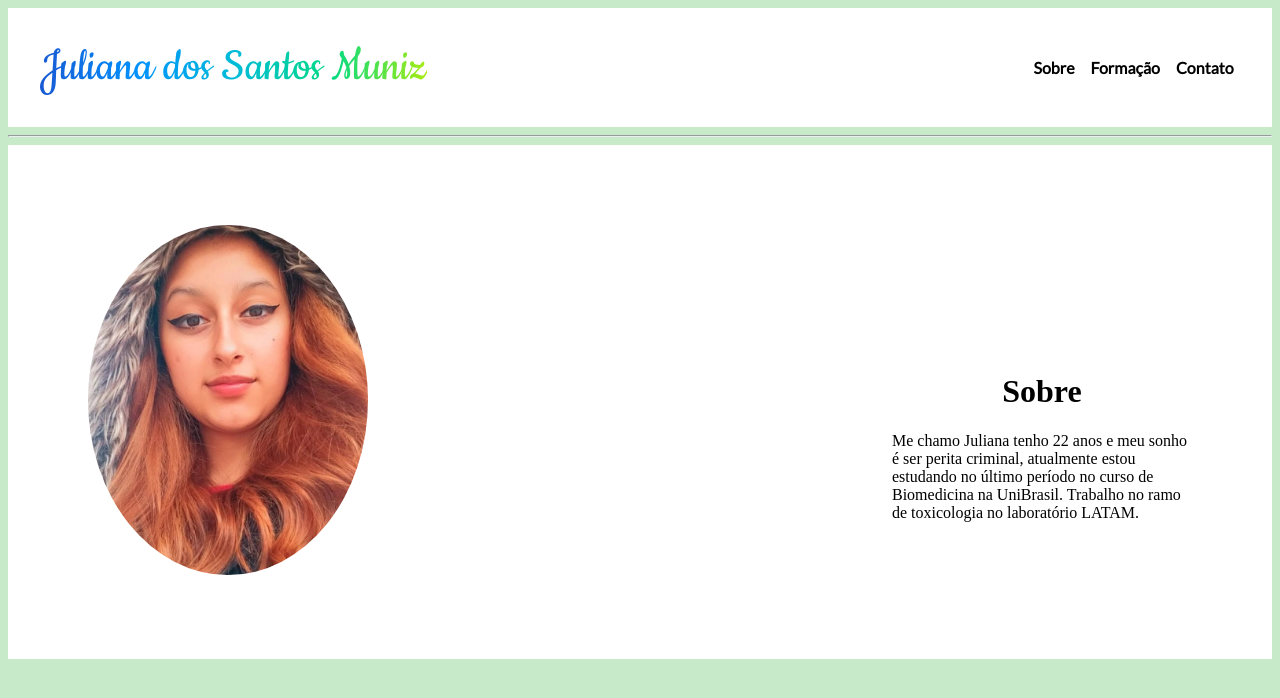
Repository: joaovnogueira/Portfolio-Juliana
Page: index.html
An editor plug-in stored every save of this project. The page is shown before and after the next save, followed by the edit.
The browser window is 1280 px wide. The pictures show the whole page.

Above is the page before, as saved 2022-06-14 16:02:42.

After the next save:
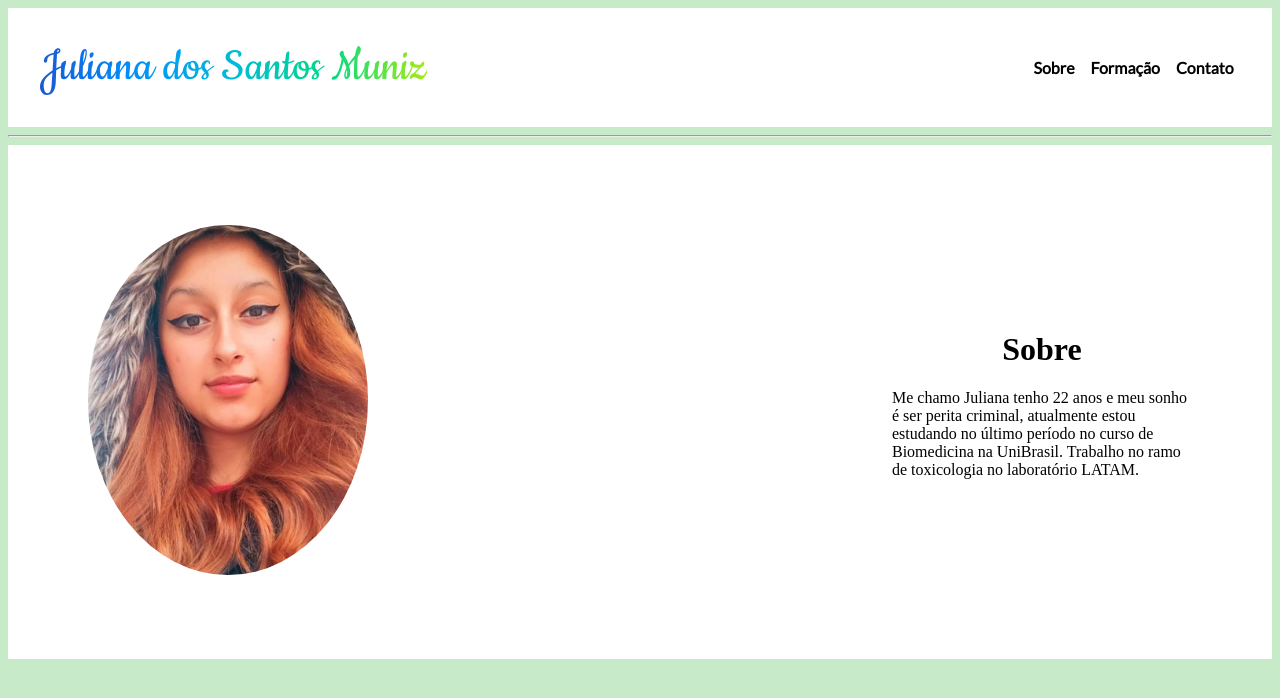
Saved 13 s later.
--- a/styles.css
+++ b/styles.css
@@ -56,7 +56,7 @@ hr{
 
 .conteudo{
    max-width: 300px;
-   max-height: 100px;
+   max-height: 300px;
 }
 
 h1{
